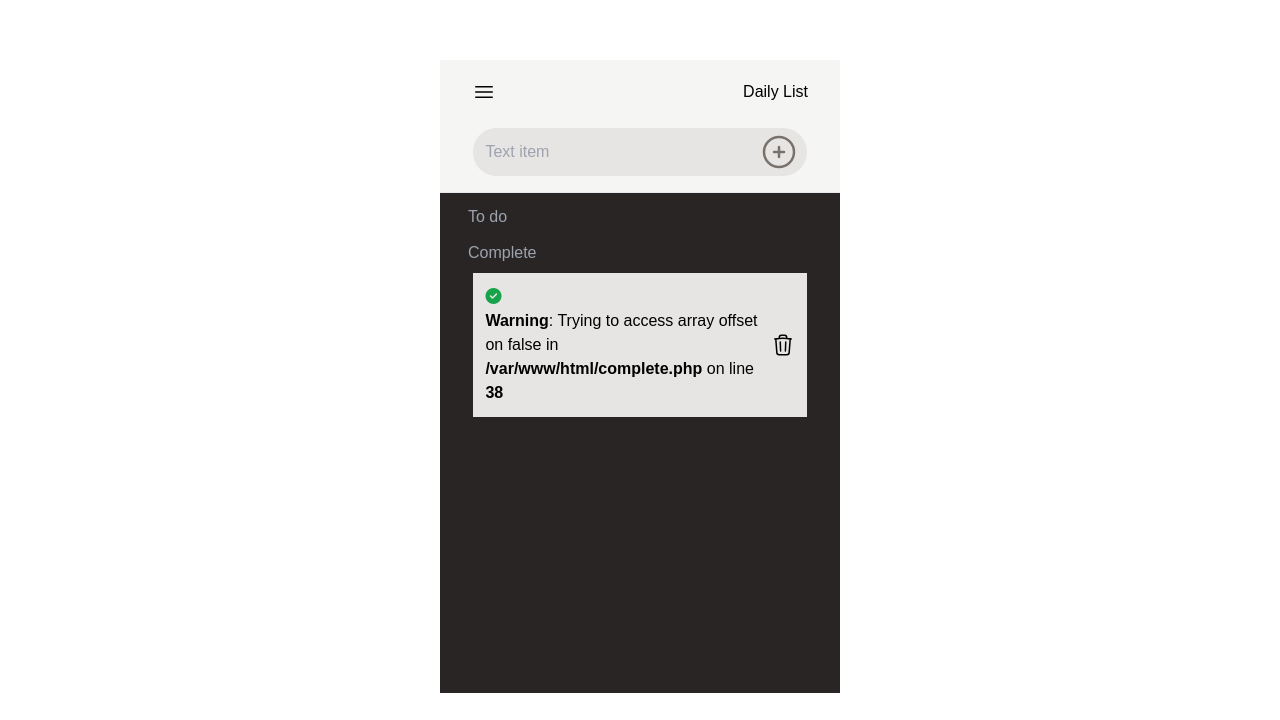
Repository: hsumyatm7308/TodolistbyPHP
Page: http://localhost/
An editor plug-in stored every save of this project. The page is shown before and after the next save, followed by the edit.
The browser window is 1280 px wide. The pictures show the whole page.
Some web libraries are served in a nearby version. The page is run by PHP 8.4 with error messages shown; the project is at /var/www/html/. Queries for data that is not in the repository find no rows.

Above is the page before, as saved 2023-07-09 23:16:20.

### index.php
<!DOCTYPE html>
<html lang="en">

<head>
    <meta charset="UTF-8">
    <meta name="viewport" content="width=device-width, initial-scale=1.0">
    <title>To Do List</title>
    <link rel="stylesheet" href="https://cdnjs.cloudflare.com/ajax/libs/font-awesome/6.4.0/css/all.min.css">
    <script src="https://cdn.tailwindcss.com"></script>

    <style>
        * {
            font-family: sans-serif;
        }

        .scrollbar-hide::-webkit-scrollbar{
            display: none;
        }

    </style>

</head>

<body>
    <div class="w-screen h-screen container flex justify-center items-center">
        <div class="w-[400px] h-[600px] bg-stone-100">
            <!-- header nav  -->
            <div class="w-full h-14 flex justify-between items-center p-8">
                <div>
                    <svg xmlns="http://www.w3.org/2000/svg" fill="none" viewBox="0 0 24 24" stroke-width="1.5"
                        stroke="currentColor" class="w-6 h-6">
                        <path stroke-linecap="round" stroke-linejoin="round"
                            d="M3.75 6.75h16.5M3.75 12h16.5m-16.5 5.25h16.5" />
                    </svg>

                </div>
                <div>
                    <h4> Daily List</h4>
                </div>
            </div>

            <?php

            include("create.php");

            ?>

            <div class="w-full h-[500px] bg-stone-800 overflow-y-scroll scrollbar-hide">

                <?php

                include("updatetodo.php");
                include("complete.php");

                ?>
            </div>







        </div>
    </div>
</body>

</html>

### create.php
<?php
session_start();
ini_set('display_errors', 1);

require_once("database.php");

if ($_SERVER['REQUEST_METHOD'] === 'POST') {
    global $conn;

    $getdata = $_POST['textbox'];


    try {
        $stmt = $conn->prepare("INSERT INTO todolist (task) VALUES ( :task)");


        $task = $getdata;


        $stmt->bindParam(':task', $task);

        $stmt->execute();
    } catch (Exception $e) {
        echo "Error Found: " . $e->getMessage();
    }
}


?>





<!-- to do form  -->
<form action="" method="post" enctype="multipart/form-data">


    <div class="w-full h-auto flex justify-center items-center p-1">
        <div class="w-[85%] h-auto bg-stone-200 flex justify-between items-center rounded-3xl">
            <input type="text" name="textbox"
                class="w-[85%] bg-stone-200 rounded-tl-3xl rounded-bl-3xl p-3 focus:outline-none"
                placeholder="Text item">

            <button type="submit" name="submit" class="">
                <svg xmlns="http://www.w3.org/2000/svg" fill="none" viewBox="0 0 24 24" stroke-width="1.5"
                    stroke="currentColor" class="w-10 h-10 mr-2 text-stone-500 hover:text-stone-600">
                    <path stroke-linecap="round" stroke-linejoin="round"
                        d="M12 9v6m3-3H9m12 0a9 9 0 11-18 0 9 9 0 0118 0z" />
                </svg>
            </button>
        </div>

    </div>
    <hr class="mt-3">
</form>

### database.php
<?php

$dbhost = 'localhost';
$dbuser = 'root';
$dbpass = '';
$dbname = 'hmmdb';


try{

    $conn = new PDO("mysql:host=$dbhost;dbname=$dbname", $dbuser, $dbpass);
    $conn->setAttribute(PDO::ATTR_ERRMODE, PDO::ERRMODE_EXCEPTION);

    // echo "Connection successful";


}catch(Exception $e){
    "Error Found:".$e->getMessage();
}




?>

### updatetodo.php
<?php

// session_start();
ini_set('display_errors', 1);

require_once("database.php");
require_once("create.php");

try {

    global $conn;

    $stmt = $conn->prepare("SELECT id,task FROM todolist");
    $stmt->execute();



} catch (Exception $e) {
    "Found Error : " . $e->getMessage();
}





?>








<!-- update to do  -->
<form action="" method="post" class="mt-3" enctype="multipart/form-data">
    <h3 class="text-gray-400 ml-7 mb-1">To do</h3>


    <?php while ($row = $stmt->fetch()): ?>

        <div name="taskitems" class="w-full h-auto flex justify-center items-center p-1">


            <div class="w-[85%] h-auto bg-stone-200 flex justify-between items-center p-3">
                <span>
                    <button type="submit" name="complete" value="<?php echo $row["id"] ?>">
                        <i class="fa-regular fa-circle-check"></i>
                    </button>
                    <span class="ml-1">
                        <?php echo $row['task'] ?>
                    </span>
                </span>

                <div>
                    <svg xmlns="http://www.w3.org/2000/svg" fill="none" viewBox="0 0 24 24" stroke-width="1.5"
                        stroke="currentColor" class="w-6 h-6">
                        <path stroke-linecap="round" stroke-linejoin="round"
                            d="M16.862 4.487l1.687-1.688a1.875 1.875 0 112.652 2.652L10.582 16.07a4.5 4.5 0 01-1.897 1.13L6 18l.8-2.685a4.5 4.5 0 011.13-1.897l8.932-8.931zm0 0L19.5 7.125M18 14v4.75A2.25 2.25 0 0115.75 21H5.25A2.25 2.25 0 013 18.75V8.25A2.25 2.25 0 015.25 6H10" />
                    </svg>
                </div>
            </div>



        </div>

    <?php endwhile; ?>







</form>

### complete.php
<?php
// session_start();
ini_set('display_errors', 1);

require_once("database.php");
require_once("updatetodo.php");

if ($_SERVER["REQUEST_METHOD"] === "POST") {
    if (isset($_POST['complete'])) {

        $completeid = $_POST['complete'];
        $row = $stmt->fetch();
        echo $completeid;

        try {
            global $conn;

            $stmt = $conn->prepare("SELECT id, task FROM todolist WHERE id = :completeid");
            $stmt->bindParam(':completeid', $completeid);
            $stmt->execute();

        } catch (Exception $e) {
            echo "Found Error: " . $e->getMessage();
        }
    }
}
?>

<!-- complete work -->
<form action="" method="post" class="mt-3" enctype="multipart/form-data">
    <h3 class="text-gray-400 ml-7 mb-1">Complete</h3>

        <div class="w-full h-auto flex justify-center items-center p-1">
            <div class="w-[85%] h-auto bg-stone-200 flex justify-between items-center p-3">
                <span>
                    <i class="fa-solid fa-circle-check text-green-600"></i>
                    <span class="ml-1">
                        <?php echo $row['task']; ?>
                    </span>
                </span>
                <div>
                    <svg xmlns="http://www.w3.org/2000/svg" fill="none" viewBox="0 0 24 24" stroke-width="1.5"
                        stroke="currentColor" class="w-6 h-6">
                        <path stroke-linecap="round" stroke-linejoin="round"
                            d="M14.74 9l-.346 9m-4.788 0L9.26 9m9.968-3.21c.342.052.682.107 1.022.166m-1.022-.165L18.16 19.673a2.25 2.25 0 01-2.244 2.077H8.084a2.25 2.25 0 01-2.244-2.077L4.772 5.79m14.456 0a48.108 48.108 0 00-3.478-.397m-12 .562c.34-.059.68-.114 1.022-.165m0 0a48.11 48.11 0 013.478-.397m7.5 0v-.916c0-1.18-.91-2.164-2.09-2.201a51.964 51.964 0 00-3.32 0c-1.18.037-2.09 1.022-2.09 2.201v.916m7.5 0a48.667 48.667 0 00-7.5 0" />
                    </svg>
                </div>
            </div>
        </div>

</form>

After the next save:
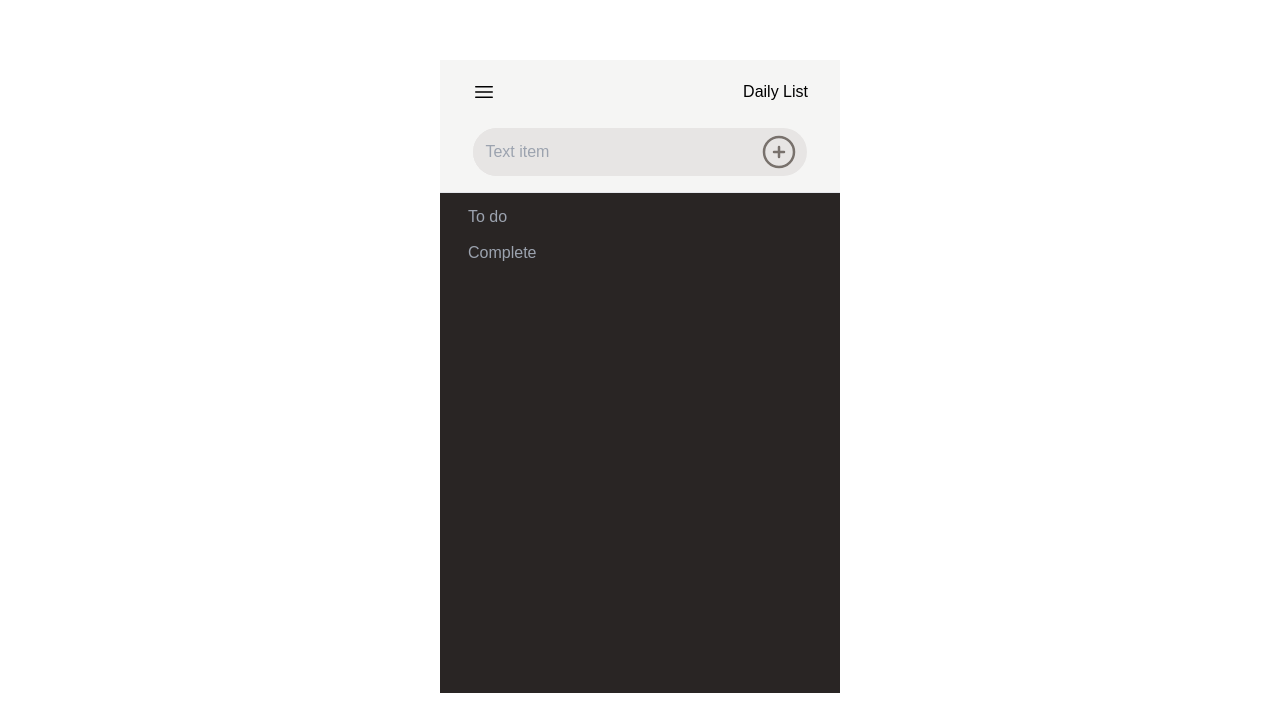
Saved 4 min 3 s later.
--- a/complete.php
+++ b/complete.php
@@ -30,22 +30,34 @@ if ($_SERVER["REQUEST_METHOD"] === "POST") {
 <form action="" method="post" class="mt-3" enctype="multipart/form-data">
     <h3 class="text-gray-400 ml-7 mb-1">Complete</h3>
 
-        <div class="w-full h-auto flex justify-center items-center p-1">
-            <div class="w-[85%] h-auto bg-stone-200 flex justify-between items-center p-3">
-                <span>
-                    <i class="fa-solid fa-circle-check text-green-600"></i>
-                    <span class="ml-1">
-                        <?php echo $row['task']; ?>
+    <?php while ($row = $stmt->fetch()): ?>
+        <?php if (isset($completeid) && $completeid == $row['id']): ?>
+            <div class="w-full h-auto flex justify-center items-center p-1">
+                <div class="w-[85%] h-auto bg-stone-200 flex justify-between items-center p-3">
+                    <span>
+                        <i class="fa-solid fa-circle-check text-green-600"></i>
+                        <span class="ml-1">
+                            <?php echo $row['task']; ?>
+                        </span>
                     </span>
-                </span>
-                <div>
-                    <svg xmlns="http://www.w3.org/2000/svg" fill="none" viewBox="0 0 24 24" stroke-width="1.5"
-                        stroke="currentColor" class="w-6 h-6">
-                        <path stroke-linecap="round" stroke-linejoin="round"
-                            d="M14.74 9l-.346 9m-4.788 0L9.26 9m9.968-3.21c.342.052.682.107 1.022.166m-1.022-.165L18.16 19.673a2.25 2.25 0 01-2.244 2.077H8.084a2.25 2.25 0 01-2.244-2.077L4.772 5.79m14.456 0a48.108 48.108 0 00-3.478-.397m-12 .562c.34-.059.68-.114 1.022-.165m0 0a48.11 48.11 0 013.478-.397m7.5 0v-.916c0-1.18-.91-2.164-2.09-2.201a51.964 51.964 0 00-3.32 0c-1.18.037-2.09 1.022-2.09 2.201v.916m7.5 0a48.667 48.667 0 00-7.5 0" />
-                    </svg>
+                    <div>
+                        <svg xmlns="http://www.w3.org/2000/svg" fill="none" viewBox="0 0 24 24" stroke-width="1.5"
+                            stroke="currentColor" class="w-6 h-6">
+                            <path stroke-linecap="round" stroke-linejoin="round"
+                                d="M14.74 9l-.346 9m-4.788 0L9.26 9m9.968-3.21c.342.052.682.107 1.022.166m-1.022-.165L18.16 19.673a2.25 2.25 0 01-2.244 2.077H8.084a2.25 2.25 0 01-2.244-2.077L4.772 5.79m14.456 0a48.108 48.108 0 00-3.478-.397m-12 .562c.34-.059.68-.114 1.022-.165m0 0a48.11 48.11 0 013.478-.397m7.5 0v-.916c0-1.18-.91-2.164-2.09-2.201a51.964 51.964 0 00-3.32 0c-1.18.037-2.09 1.022-2.09 2.201v.916m7.5 0a48.667 48.667 0 00-7.5 0" />
+                        </svg>
+                    </div>
                 </div>
             </div>
-        </div>
+        <?php endif; ?>
+    <?php endwhile; ?>
+
+
+
+
+
+
+
+
 
 </form>
